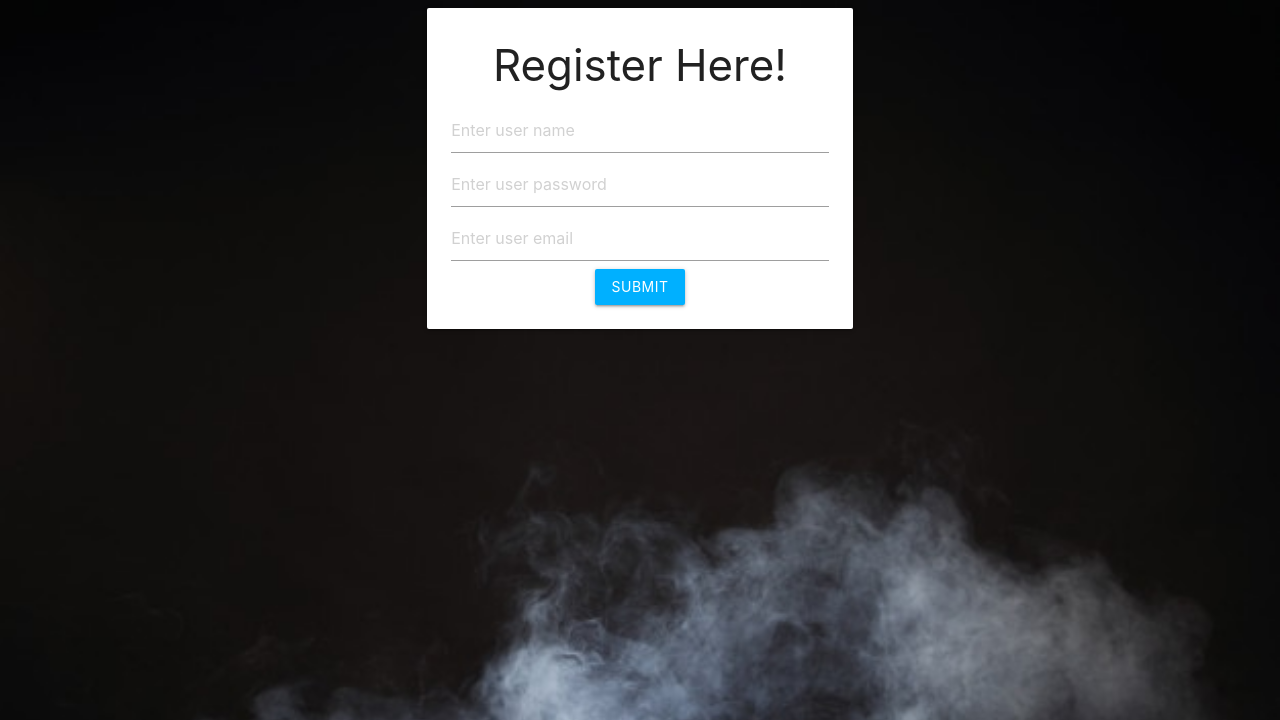
Repository: riddhiwho/Eclipse-Projects
Page: http://localhost/Register/signup.jsp
An editor plug-in stored every save of this project. The page is shown before and after the next save, followed by the edit.
The browser window is 1280 px wide. The pictures show the whole page.
The page is served by Tomcat 9.

Above is the page before, as saved 2021-06-05 06:06:20.

After the next save:
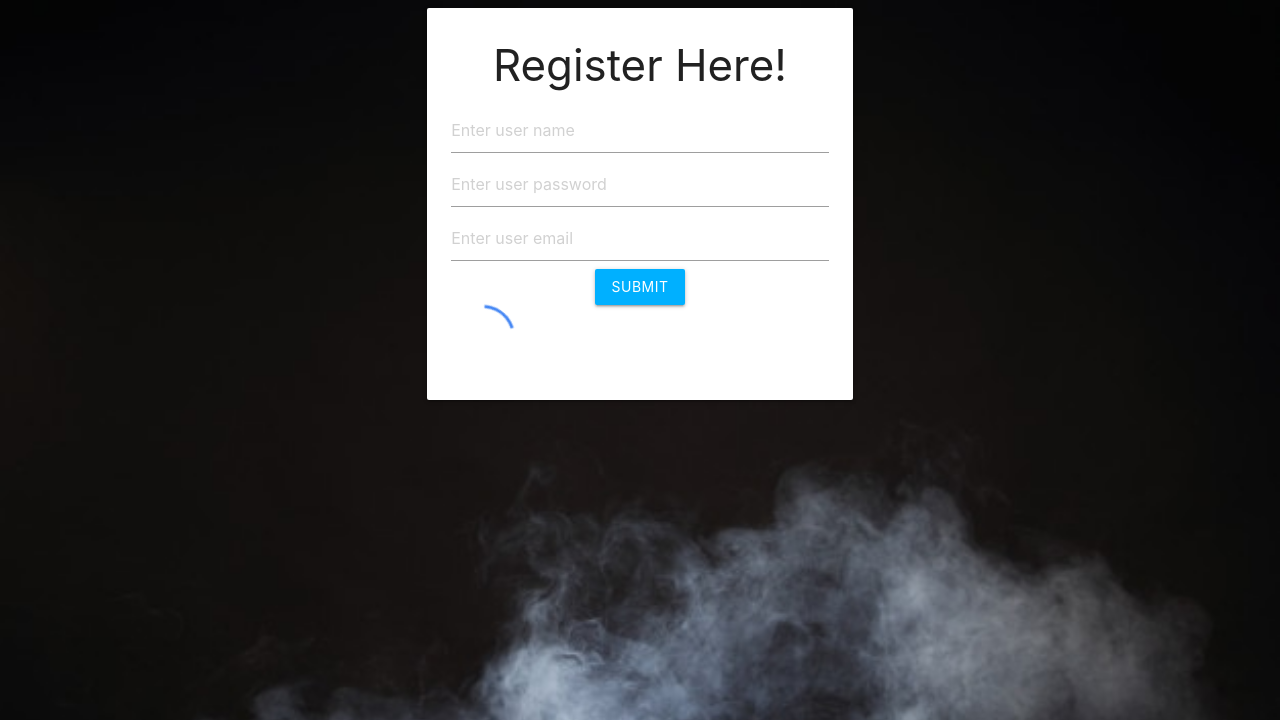
Saved 95 s later.
--- a/Register/src/main/webapp/signup.jsp
+++ b/Register/src/main/webapp/signup.jsp
@@ -34,8 +34,17 @@
 
 						</div>
 
-						<div clas="loader">
-
+						<div class="loader">
+							<div class="preloader-wrapper big active">
+						     <div class="spinner-layer spinner-blue">
+						        <div class="circle-clipper left">
+						          <div class="circle"></div>
+						        </div><div class="gap-patch">
+						          <div class="circle"></div>
+						        </div><div class="circle-clipper right">
+						          <div class="circle"></div>
+						        </div>
+						     </div>
 						</div>
 					</div>
 				</div>
